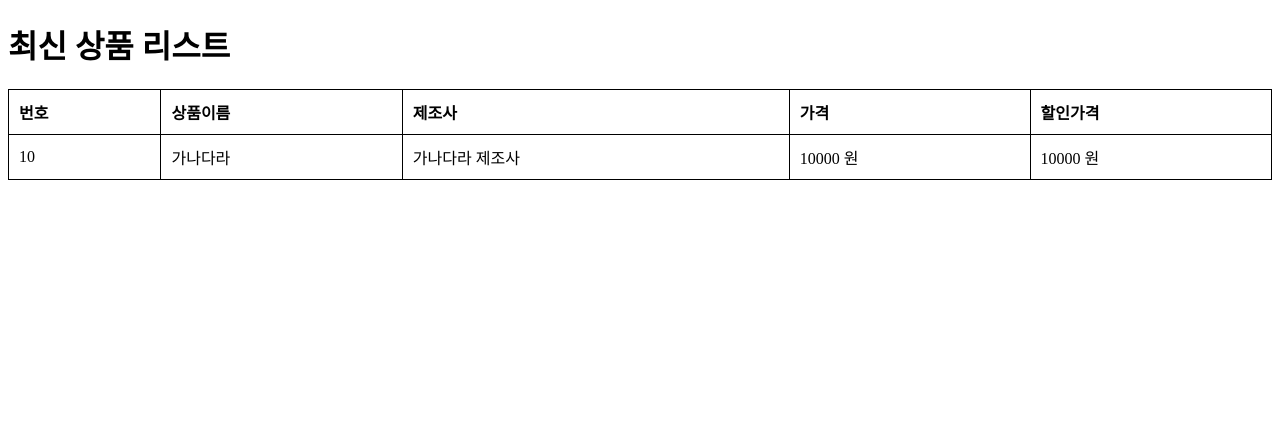
Repository: benpark0613/basic
Page: http://localhost/sample/product/list.jsp
These files come from the project's save history. The page is drawn as it stood at one moment and after the next save; the edit follows.
The browser window is 1280 px wide. The pictures show the whole page.
The page is served by Tomcat 9. Other server files are loaded and not shown.

Above is the page before, as saved 2021-11-09 05:29:58.

### HR_app/sample/src/main/webapp/product/list.jsp
<%@ page language="java" contentType="text/html; charset=UTF-8"
    pageEncoding="UTF-8"%>
<!DOCTYPE html>
<html>
<head>
<meta charset="UTF-8">
<title>상품 리스트</title>
<style type="text/css">
	table {
		width: 100%;
		border-collapse: collapse;
	}
	th, td {
		border: 1px solid black;
		padding: 10px;
		text-align: Left;
	}
</style>
</head>
<body>
	<h1>최신 상품 리스트</h1>
	<table>
		<thead>
			<tr>
				<th>번호</th>
				<th>상품이름</th>
				<th>제조사</th>
				<th>가격</th>
				<th>할인가격</th>
			</tr>
		</thead>
		<tbody>
			<tr>
				<td>10</td>
				<td>가나다라</td>
				<td>가나다라 제조사</td>
				<td>10000 원</td>
				<td>10000 원</td>
			</tr>
		</tbody>
	</table>
</body>
</html>

After the next save:
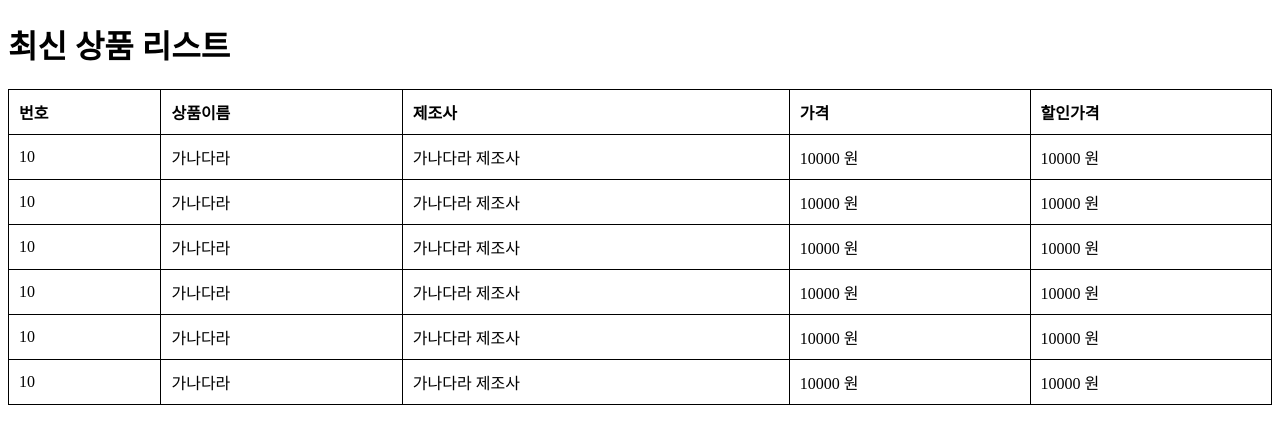
Saved 102 s later.
--- a/HR_app/sample/src/main/webapp/product/list.jsp
+++ b/HR_app/sample/src/main/webapp/product/list.jsp
@@ -37,6 +37,41 @@
 				<td>10000 원</td>
 				<td>10000 원</td>
 			</tr>
+			<tr>
+				<td>10</td>
+				<td>가나다라</td>
+				<td>가나다라 제조사</td>
+				<td>10000 원</td>
+				<td>10000 원</td>
+			</tr>
+			<tr>
+				<td>10</td>
+				<td>가나다라</td>
+				<td>가나다라 제조사</td>
+				<td>10000 원</td>
+				<td>10000 원</td>
+			</tr>
+			<tr>
+				<td>10</td>
+				<td>가나다라</td>
+				<td>가나다라 제조사</td>
+				<td>10000 원</td>
+				<td>10000 원</td>
+			</tr>
+			<tr>
+				<td>10</td>
+				<td>가나다라</td>
+				<td>가나다라 제조사</td>
+				<td>10000 원</td>
+				<td>10000 원</td>
+			</tr>
+			<tr>
+				<td>10</td>
+				<td>가나다라</td>
+				<td>가나다라 제조사</td>
+				<td>10000 원</td>
+				<td>10000 원</td>
+			</tr>
 		</tbody>
 	</table>
 </body>
